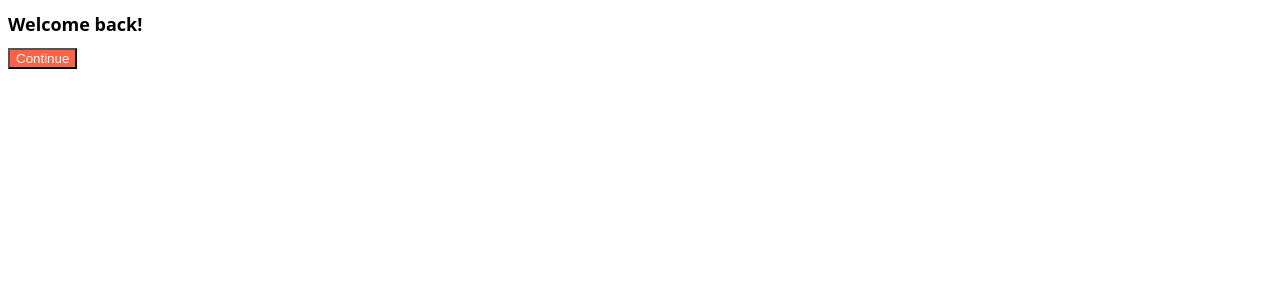
Repository: Leeminsu67/react-for-beginners
Page: /
An editor plug-in stored every save of this project. The page is shown before and after the next save, followed by the edit.
The browser window is 1280 px wide. The pictures show the whole page.
The project was rebuilt for these pictures with package versions that can differ from the ones it lists, and the page was loaded fresh each time.

Above is the page before, as saved 2024-08-02 15:47:54.

### src/index.js
import React from "react";
import ReactDOM from "react-dom/client";
import App from "./App";
// import "./style.css";

const root = ReactDOM.createRoot(document.getElementById("root"));
root.render(
  <React.StrictMode>
    <App />
  </React.StrictMode>
);

### src/App.js
import Button from "./Button";
import styles from "./App.module.css";
import { useState } from "react";

function App() {
  const [counter, setValue] = useState(0);
  const onClick = () => setValue((prev) => prev + 1);
  return (
    <>
      <h1 className={styles.title}>Welcome back!</h1>
      <Button text={"Continue"} />
    </>
  );
}

export default App;

### src/Button.js
import PropTypes from "prop-types";
import styled from "./Button.module.css";

const Button = ({ text }) => {
  return <button className={styled.title}>{text}</button>;
};

Button.prototype = {
  text: PropTypes.string.isRequired,
};

export default Button;

### src/Button.module.css
/* .btn {
  color: white;
  background-color: tomato;
} */
.title {
  color: white;
  background-color: tomato;
}

Loaded but not shown: public/index.html (common file); src/App.module.css (common file)

After the next save:
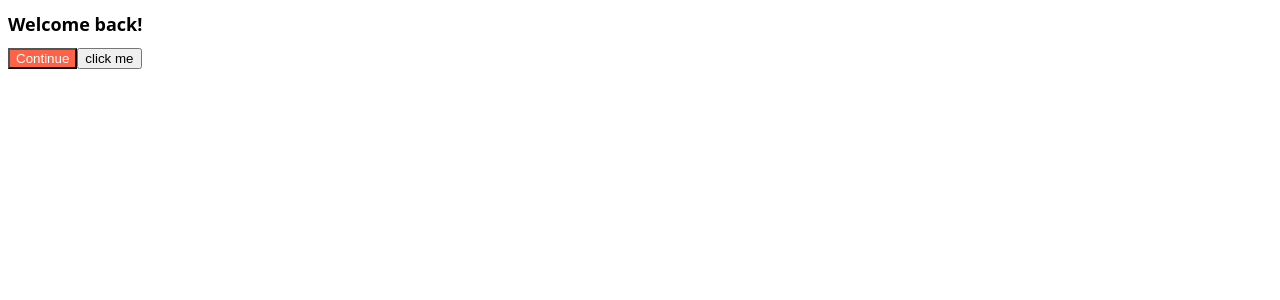
Saved 17 s later.
--- a/src/App.js
+++ b/src/App.js
@@ -9,6 +9,7 @@ function App() {
     <>
       <h1 className={styles.title}>Welcome back!</h1>
       <Button text={"Continue"} />
+      <button onClick={onClick}>click me</button>
     </>
   );
 }
